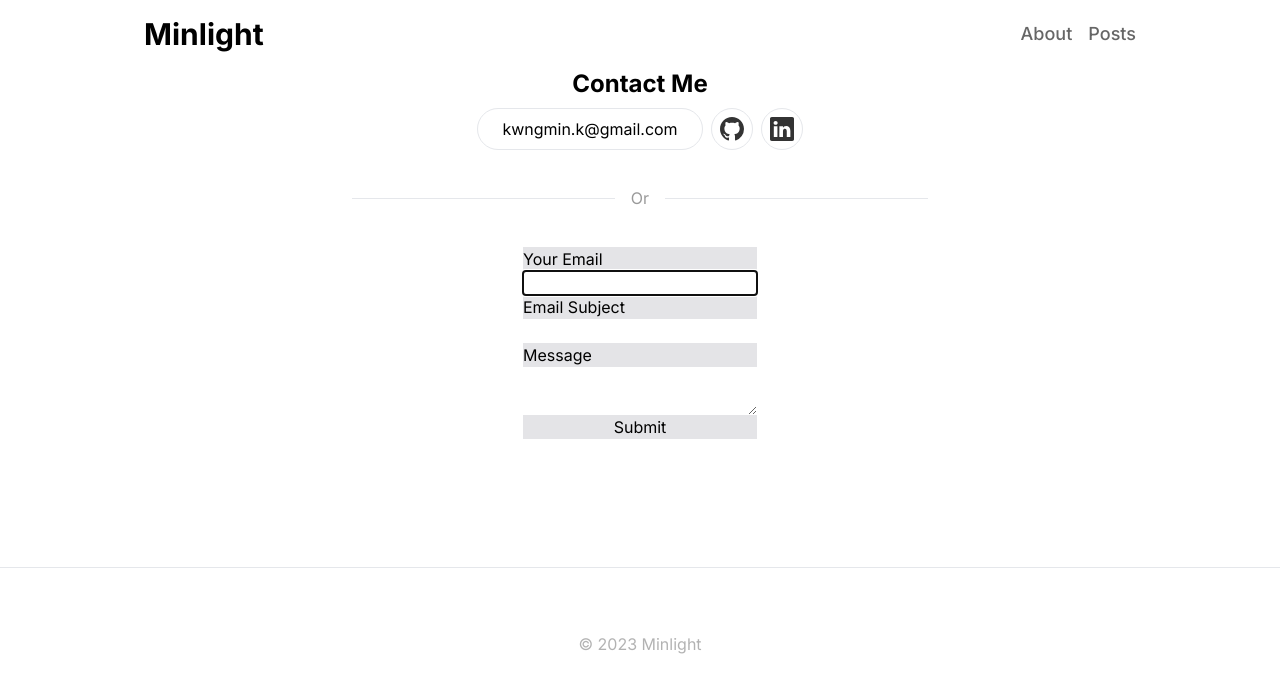
Repository: kwngmin/minlight-blog
Page: /contact
The author's editor kept a copy of each file at every save. The page is drawn from the files as they stood at one save, then again after the next save.
The browser window is 1280 px wide. The pictures show the whole page.
The project was rebuilt for these pictures with package versions that can differ from the ones it lists, and the page was loaded fresh each time. The framework's server and built-in components were replaced by stand-ins that run in the browser. Also part of the build but not shown: next.config.js, src/components/banner.tsx.

Above is the page before, as saved 2023-04-03 17:04:19.

After the next save:
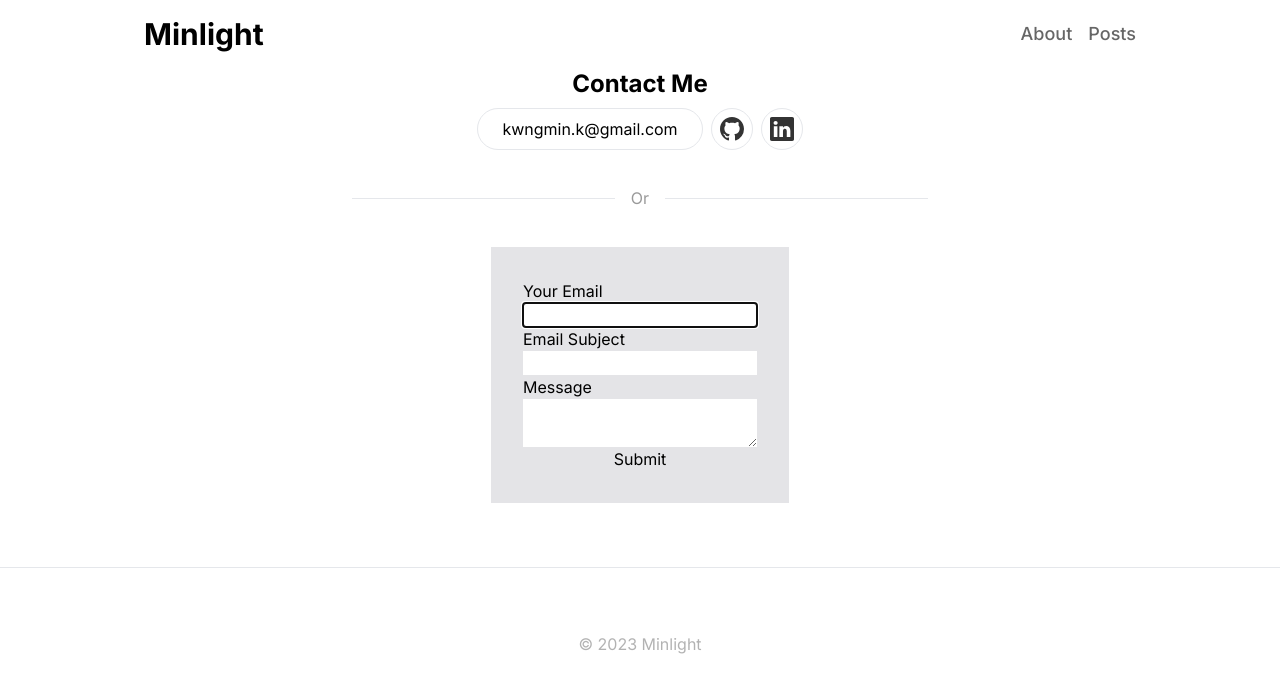
Saved 16 s later.
--- a/src/components/ContactForm.tsx
+++ b/src/components/ContactForm.tsx
@@ -34,7 +34,7 @@ export default function ContactForm() {
   return (
     <>
       {banner && <Banner banner={banner} />}
-      <form onSubmit={onSubmit} className="flex flex-col bg-zinc-200">
+      <form onSubmit={onSubmit} className="flex flex-col bg-zinc-200 p-8">
         <label htmlFor="from">Your Email</label>
         <input
           type="email"
